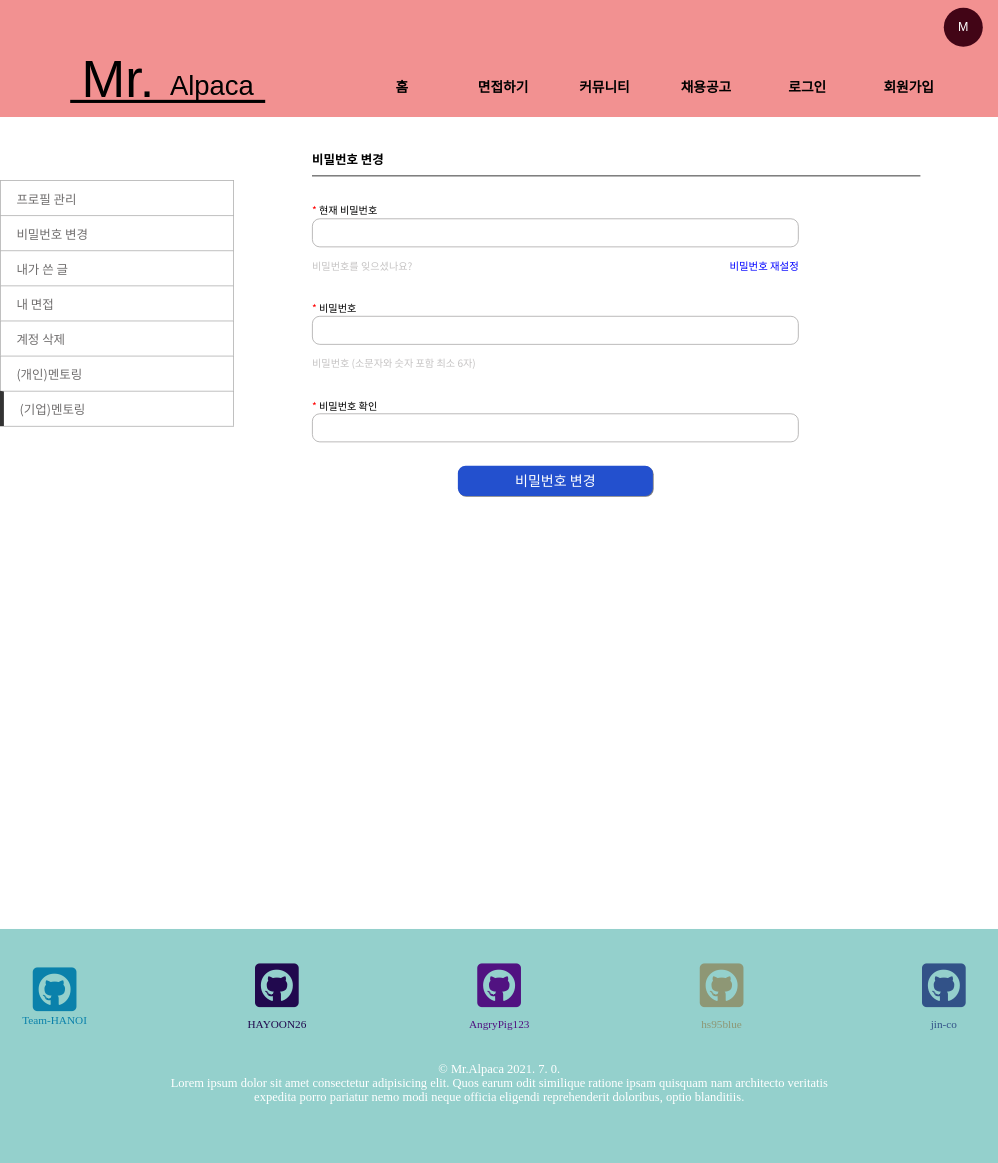
Repository: Team-HANOI/AI_Front_JSP
Page: http://localhost/Team_Project/WEB-INF/views/mypage/delete.jsp
These files come from the project's save history. The page is drawn as it stood at one moment and after the next save; the edit follows.
The browser window is 1280 px wide. The pictures show the whole page, at 78% of full size.
Some web fonts or font styles are not loaded; a fallback is used. The page is served by Tomcat 9. Nobody is signed in. Other server files are loaded and not shown. The template is opened directly, without the code that normally fills it, so the values that code supplies are empty.

Above is the page before, as saved 2021-08-31 00:47:34.
Console error: TypeError: Cannot read properties of undefined (reading 'forEach')

### team_project/Team_Project/src/main/webapp/WEB-INF/views/mypage/delete.jsp
<%@ page language="java" contentType="text/html; charset=UTF-8"
    pageEncoding="UTF-8"%>
<!DOCTYPE html>
<html lang="en">
<head>
    <!-- 공통 스타일 -->
    <jsp:include page="../common/top.jsp"/>
	<!-- 페이지 스타일 -->
	<link rel="stylesheet" href="/style/board_review.css">
</head>
<body>
    <!-- 머리말: 앱 타이틀, 네비메뉴, 마이페이지 -->
    <jsp:include page="../common/header.jsp"/>

    <!-- 구분선 -->
    <div class="line"></div>

    <!-- 본문 시작 -> 여기서 작업하세요 -->
    <main>
    	<!-- 팝업 -->
        <!-- 팝업배경 더미 -->
        <div class="popup-dummy"></div>

        <!-- 키워드 카드 팝업 -->
        <jsp:include page="../common/popups/popup_keyword.jsp"/>

        <!-- 기업회원가입 팝업 -->
        <jsp:include page="../common/popups/popup_join_com.jsp"/>

        <!-- 일반회원가입 팝업 -->
        <jsp:include page="../common/popups/popup_join_indv.jsp"/>

        <!-- 일번회원가입 추가입력 폼 팝업 -->
        <jsp:include page="../common/popups/popup_join_indv_extra.jsp"/>

        <!-- 기업회원 로그인 -->
        <jsp:include page="../common/popups/popup_login_com.jsp"/>

        <!-- 일반회원 로그인 -->
        <jsp:include page="../common/popups/popup_login_indv.jsp"/>

		<!-- 타이틀 더미 -->
        <div class="dummy"></div>

        <!-- 마이 페이지 -->
        <div class="mypage">
            <!-- 유저정보 좌측 메뉴 정보 -->
            <div class="mypage-left">

                <!-- 좌측 메뉴 링크 -->
                <jsp:include page="mypage_common/mypage_nav.jsp"></jsp:include>
            </div>

            <!-- 유저정보 우측 정보 박스 -->
            <div class="mypage-right">
                <!-- 유저정보 제목 -->
                <div class="mypage-content-title">비밀번호 변경</div>
                <div class="line"></div>
                <!-- 사용자 정보 -->
                <form action="" method="POST" class="mypage-content">


                    <div class="pwResetHolder">


                        <div class="pwEmailInput">
                            <label for=""><span style="color:red;">*</span> 현재 비밀번호</label>
                            <input class="pwreset-input holder" type="password" placeholder="">
                        </div>
                        <div class="pwResetCheck">
                            <span class="pwResetText">비밀번호를 잊으셨나요?</span><a href="login_pw_reset.html"><span class="pwReset"><small> 비밀번호 재설정</small></span></a>
                        </div>

                        <div class="pwEmailInput">
                            <label for=""><span style="color:red;">*</span> 비밀번호</label>
                            <input class="pwreset-input holder" type="password" placeholder="">
                        </div>
                        <div class="pwResetCheck">
                            <span class="pwResetText">비밀번호 (소문자와 숫자 포함 최소 6자)</span>
                        </div>

                        <div class="pwEmailInput">
                            <label for=""><span style="color:red;">*</span> 비밀번호 확인</label>
                            <input class="pwreset-input holder" type="password" placeholder="">
                        </div>

                        <div class="pwReset-confirm">
                            <input class="pwReset-btn btn" type="submit" value="비밀번호 변경">
                        </div>
                    </div>
                </form>
            </div>
        </div>
    </main>

    <!-- 꼬리 -->
    <jsp:include page="../common/footer.jsp"/>
</body>
</html>

### team_project/Team_Project/src/main/webapp/WEB-INF/views/common/top.jsp
<%@ page language="java" contentType="text/html; charset=UTF-8"
    pageEncoding="UTF-8"%>
<meta charset="UTF-8">
<meta http-equiv="X-UA-Compatible" content="IE=edge">
<meta name="viewport" content="width=device-width, initial-scale=1.0">
<title>Mr. Alpaca</title>
<link rel="shortcut icon" href="/image/favicon/favicon1.ico">

<!-- font awesome CDN -->
<link rel="stylesheet"
	href="https://use.fontawesome.com/releases/v5.15.4/css/all.css"
	integrity="sha384-DyZ88mC6Up2uqS4h/KRgHuoeGwBcD4Ng9SiP4dIRy0EXTlnuz47vAwmeGwVChigm"
	crossorigin="anonymous">

<!-- custom styles -->
<link rel="stylesheet" href="/style/main.css">
<link rel="stylesheet" href="/style/pop_ups.css">
<link rel="stylesheet" href="/style/interview_keyword.css">
<link rel="stylesheet" href="/style/mypage.css">
<link rel="stylesheet" href="/style/board_detail.css">
<link rel="stylesheet" href="/style/login.css">
<link rel="stylesheet" href="/style/join.css">

<!-- jquery-->
<script src="https://code.jquery.com/jquery-3.6.0.js"
	integrity="sha256-H+K7U5CnXl1h5ywQfKtSj8PCmoN9aaq30gDh27Xc0jk="
	crossorigin="anonymous"></script>

<!-- java script -->
<script defer src="/js/index.js"></script>
<script defer src="/js/pop_ups.js"></script>

### team_project/Team_Project/src/main/webapp/WEB-INF/views/common/header.jsp
<%@ page language="java" contentType="text/html; charset=UTF-8"
    pageEncoding="UTF-8"%>
<header>
	<nav class="nav">
		<!-- my page 링크 -->
		<a href="/mypage/" class="my-page-link">M</a>

		<!-- 사이트 명 -->
		<ul class="nav-sub nav-title">
			<a href="/">
				<li class="nav-sub-li">
					<span class="nav-title-mr">Mr.</span> <span
					class="nav-title-alpaca"> Alpaca </span>
					<div class="line"></div>
				</li>
			</a>
		</ul>

		<!-- 네비게이션 메뉴 -->
		<ul class="nav-sub nav-menu">
			<a href="/">
				<li>홈</li>
			</a>

			<a href="/interview/">
				<li class="nav-sub-box">면접하기
					<ul class="nav-sub-sub">
						<!-- test class needs to be deleted -->
						<a href="/interview/run"><li>일반면접모드</li></a>
						<a href="/interview/recruit"><li>채용공고모드</li></a>
						<a><li class="keyword-popup btn">맞춤모드</li></a>
						<a href="/interview/mentor"><li class="sub-last-item">멘토모드</li></a>
					</ul>
				</li>
			</a>

			<a href="/board/">
				<li class="nav-sub-box">커뮤니티
					<ul class="nav-sub-sub">
						<a href="/board/"><li>전체질문</li></a>
						<a href="/board/review"><li>면접후기게시판</li></a>
						<a href="/board/free"><li>자유게시판</li></a>
						<a href="/board/recommend"><li>면접질문</li></a>
						<a href="/board/best_answers"><li class="sub-last-item">모범답안</li></a>
					</ul>
				</li>
			</a>

			<a href="/recruit/">
				<li class="nav-sub-box">채용공고</li>
			</a>

			<li class="nav-sub-box">로그인
				<a>
					<ul class="nav-sub-sub">
						<a><li class="login-individual btn">일반회원</li></a>
						<a><li class="sub-last-item login-com btn">기업회원</li> </a>
					</ul>
				</a>
			</li>

			<li class="nav-sub-box">회원가입
				<a>
					<ul class="nav-sub-sub">
						<a><li class="join-individual btn">일반회원</li> </a>
						<a><li class="sub-last-item join-com btn">기업회원</li></a>
					</ul>
				</a>
			</li>
		</ul>
	</nav>
</header>

### team_project/Team_Project/src/main/webapp/WEB-INF/views/common/popups/popup_keyword.jsp
<%@ page language="java" contentType="text/html; charset=UTF-8"
    pageEncoding="UTF-8"%>
<!-- 키워드 카드 팝업 -->
<div class="popup-card keyword-box">
    <h2 class="popup-text">키워드를 선택하세요</h2>

    <!-- 구분선 -->
    <div class="line"></div>

    <div class="keywords">
        <div class="keyword">
            <input id="kw1" type="checkbox">
            <label for="kw1">백엔드</label>
        </div>
        <div class="keyword">
            <input id="kw2" type="checkbox">
            <label for="kw2">백엔aaa드</label>
        </div>
        <div class="keyword">
            <input id="kw3" type="checkbox">
            <label for="kw3">백드</label>
        </div>
        <div class="keyword">
            <input id="kw4" type="checkbox">
            <label for="kw4">백드</label>
        </div>
        <div class="keyword">
            <input id="kw5" type="checkbox">
            <label for="kw5">백드</label>
        </div>
        <div class="keyword">
            <input id="kw6" type="checkbox">
            <label for="kw6">백드</label>
        </div>
    </div>

    <!-- 구분선 -->
    <div class="line"></div>

    <a href="interview_normal.html">
        <button class="btn popup-btn">확인</button>
    </a>
</div>

### team_project/Team_Project/src/main/webapp/WEB-INF/views/common/popups/popup_join_com.jsp
<%@ page language="java" contentType="text/html; charset=UTF-8"
    pageEncoding="UTF-8"%>
<!-- 기업회원가입 팝업 -->
<div class="popup-card join-business-form">
    <form action="" method="POST" class="login join-business">
        <h1 class="join-title">기업 회원가입</h1>
        <span class>로고 이미지</span>
        <div class="join-sub">
            <!--로고 이미지-->
            <div class="profile-outer">
                <div class="profile-inner">
                    <img class="profile-img" width="60px" height="60px" src="https://media-exp1.licdn.com/dms/image/C560BAQFhLg-t7O-vWw/company-logo_200_200/0/1519867699220?e=2159024400&v=beta&t=FH0Kso7uqTQv8C3aGfKAF9xDF6OgsmYmk1mg8ZHTNNI">
                    <span class="profile-img-name">corp-ci.png</span>
                    <button class="btn profile-upload-btn">upload</button>
                </div>
            </div>
        </div>

        <div class="join-holder">
            <!-- 구분선 -->
            <div class="line"></div>
            <div style="clear:both"></div>

            <label for="">회사명</label>
            <input class="join-input holder" type="text" placeholder="회사명">
            <label for="">회사 이메일</label>
            <input class="join-input holder" type="email" placeholder="회사 이메일">
            <label for="">비밀번호</label>
            <input class="join-input holder" type="password" placeholder="비밀번호">
            <label for="">비밀번호 확인</label>
            <input class="join-input holder" type="password" placeholder="비밀번호 확인">
            <label for="">담당자 성명</label>
            <input class="join-input holder" type="text" placeholder="담당자 성명">
            <label for="">담당자 전화번호</label>
            <input class="join-input holder" type="text" placeholder="담당자 전화번호">

            <div class="join-check">
                <input type="checkbox" id="term_1_com_join">
                <label for="term_1_com_join">
                    <small>이용약관 및 개인접 처리방침에 동의합니다.</small>
                </label>
            </div>
            <div class="join-check">
                <input type="checkbox" id="term_2_com_join">
                <label for="term_2_com_join">
                    <small>마케팅 활용 동의 및 광고 수신에 동의합니다.</small>
                </label>
            </div>
            <div class="join-confirm">
                <input class="btn join-btn" type="submit" value="기업회원 가입하기">
            </div>
        </div>

        <div class="join-text">
            <a href=""><small>이용약관</small></a> |
            <a href=""><small>개인정보 처리방침</small></a> |
            <a href=""><small>FAQ / 문의</small></a>
        </div>
    </form>
</div>

### team_project/Team_Project/src/main/webapp/WEB-INF/views/common/popups/popup_login_com.jsp
<%@ page language="java" contentType="text/html; charset=UTF-8"
    pageEncoding="UTF-8"%>
<!-- 기업회원 로그인 -->
<div class="popup-card login-com-form">
    <form action="" method="GET" class="login-business join">
        <h1 class="join-title">기업회원 로그인</h1>

        <div class="join-holder">
            <!-- 구분선 -->
            <div class="line"></div>
            <div style="clear:both"></div>

            <label for="">이메일</label>
            <input class="join-input holder" type="text" placeholder="이메일">
            <label for="">비밀번호
                <span class="pwReset">
                    <small class="btn pw-search">비밀번호 재설정</small>
                </span>
            </label>
            <input class="join-input holder" type="text" placeholder="비밀번호">

            <div class="mkAccCheck">
                <span class="mkAccText">아직 계정이 없으신가요?</span><span class="mkAccBtn"><a href="join_business.html">계정만들기 ></a></span>
            </div>

            <div class="join-confirm">
                <input class="join-btn btn" type="submit" value="이메일 로그인">
                <div class="cookieCfm">
                    <input type="checkbox" id="term_2_login_com">
                    <label for="term_2_login_com">
                        <small>로그인 상태 유지</small>
                    </label>
                </div>
            </div>
        </div>

        <div class="join-text">
            <a href=""><small>이용약관</small></a> |
            <a href=""><small>개인정보 처리방침</small></a> |
            <a href=""><small>FAQ / 문의</small></a>
        </div>
        <div class="join-text">
            <a href="#" onclick="javascript:showPwAlert()" style="color:red;">비밀번호 경고</a>
        </div>
    </form>

     <!-- 비밀번호 오류 팝업 -->
     <div class="popPwAlert" id="popPwAlert">
        <div class="popPwAlertBg"></div>
        <div class="popPwAlertFg">
            <div class="join-confirm">
                <div class="pwAlertText">비밀번호를 n회 실패하셨습니다.<br>다시 입력해 주세요</div>
                <div class="pwAlertTextRed">10회 실패하실 경우 1시간 잠금 상태가 됩니다.</div>
            </div>
            <div class="join-confirm">
                <input class="join-btn" type="button" onclick="javascript:subPwAdmit()" value="확인">
            </div>
        </div>
    </div>
</div>

### team_project/Team_Project/src/main/webapp/WEB-INF/views/mypage/mypage_common/mypage_nav.jsp
<%@ page language="java" contentType="text/html; charset=UTF-8"
    pageEncoding="UTF-8"%>
<!-- 게시판 메뉴 -->
<div class="board-container mypage-left">
    <div class="mypage-left-bottom">
        <ul>
            <a href="/mypage/"><li >프로필 관리</li></a>
            <a href="/mypage/pwchange"><li>비밀번호 변경</li></a>
            <a href="/mypage/myarticle"><li>내가 쓴 글</li></a>
            <a href="/mypage/myinterview"><li>내 면접</li></a>
            <a href="/mypage/delete"><li>계정 삭제</li></a>
            <a href="/mypage/mentoring"><li>(개인)멘토링</li></a>
            <a href="/mypage/mentoring/com" ><li class="activated">(기업)멘토링</li></a>
        </ul>
    </div>
</div>

### team_project/Team_Project/src/main/webapp/WEB-INF/views/common/footer.jsp
<%@ page language="java" contentType="text/html; charset=UTF-8"
    pageEncoding="UTF-8"%>
<footer>
	<!-- 깃 허브 링크 -->
	<div class="developers">
		<a class="hayoon" href="https://github.com/orgs/Team-HANOI/dashboard">
			<i class="fab fa-github-square fa-4x"></i>
			<p class="developers-id">Team-HANOI</p>
		</a>

		<a class="hayoon" href="https://github.com/HAYOON26"> <i
			class="fab fa-github-square fa-4x developers-git"></i>
			<p class="developers-id">HAYOON26</p>
		</a>

		<a class="hayoon" href="https://github.com/AngryPig123"> <i
			class="fab fa-github-square fa-4x developers-git"></i>
			<p class="developers-id">AngryPig123</p>
		</a>

		<a class="hayoon" href="https://github.com/hs95blue"> <i
			class="fab fa-github-square fa-4x developers-git"></i>
			<p class="developers-id">hs95blue</p>
		</a>

		<a class="hayoon" href="https://github.com/jin-co"> <i
			class="fab fa-github-square fa-4x developers-git"></i>
			<p class="developers-id">jin-co</p>
		</a>
	</div>

	<!-- copyright, 소개글 -->
	<div class="footer-text">
		<p>
			&copy; Mr.Alpaca <span class="copyright-date"></span>
		</p>
		<p>
			Lorem ipsum dolor sit amet consectetur adipisicing elit. Quos
			earum odit similique ratione ipsam quisquam nam architecto veritatis
			expedita porro pariatur nemo modi neque officia eligendi
			reprehenderit doloribus, optio blanditiis.
		</p>
	</div>
</footer>

### team_project/Team_Project/src/main/resources/static/style/interview_keyword.css
.keyword label {
  display: inline-block;
  padding: 0 10px;
  margin: 10px;
  background:#94d0cc;
  color: #000;
  border-radius: 1rem;
  cursor: pointer;
}

.keyword input[type="checkbox"] {
  display: none;
}

.keyword input[type="checkbox"]:checked ~ label {
  background:pink;
}

.keyword-box {
  width: 100%;
  position: sticky;
  background-color:white;
  border-radius: 15px;
  z-index: 2;
  top: 60%;
  left: 50%;
  transform: translate(-50%, -50%);
  display: flex;
  flex-direction: column;
  align-items: center;
  justify-content: center;
}

.keywords {
  width: 100%;
  display: flex;
  align-items: flex-start;
  flex-wrap: wrap;
}

.keyword {
  min-width: 110px;
}

.keyword-btn {
  height: 40px;
  width: 100px;
  border-radius: 5px;
  margin-top: 20px;
  font-size: 1.1rem;
}

### team_project/Team_Project/src/main/resources/static/style/board_detail.css
/* 게시판 상세내역 */
.board-detail {
    width: 90%;
    display: flex;
    flex-direction: column;
    font-size: 1.1rem;
}

.detail-row {
    height: auto;
    display: flex;
    justify-content: space-between;
    margin: 10px 0;
    align-items: center;
}

.detail-row .btn {
    width: 100px;
    height: 30px;
    background-color: #FF96AD;
}

.detail-row .comment {
    width: 90%;
    height: 30px;
    border: none;
    border-bottom: 1px solid #000;
    font-size: 1.1rem;
}

.detail-row .comment:focus {
    outline: none;
}

.item {
    border: 1px solid #000;
    padding: 5px 20px;
}

.detail-img {
    height: 100px;
    width: 100px;
    border-radius: 50%;
}

.write-btn {
    width: 5%;
}

.mypage {
    margin-top: 0 !important;
}

a {
    color: #000;
}

.total-btn {
    height: 50px;
    width: 200px;
    font-size: 1.2rem;
    position: relative;
    top: 20px;
    font-size: 1.1rem !important;
}

### team_project/Team_Project/src/main/resources/static/style/board_review.css
/* 채용공고 스타일 */
.board-container {
    display: flex;
    height: 124vh;
    width: 100%;
    margin-bottom: 0 !important;
}

.board-menu {
    height: 100%;
    width: 250px;
    border-right: 1px solid #333;
    border-left: 1px solid #333;
    padding: 10px;
    position: relative;
}

.board-menu::before {
    content: "";
    height: 100%;
    width: 100%;
    position: absolute;
    top: 0;
    left: 0;
    background: url('https://pngimg.com/uploads/tree/tree_PNG92775.png') center no-repeat;
    z-index: -10;
    opacity: .2;
}

.board-menu ul {
    list-style: none;
}

.board-menu ul a {
    text-decoration: none;
}

.board-menu ul li {
    margin: 10px ;
}

tr th {
    width: 10%;
}

tr th:nth-child(3) {
    min-width: 600px;
}

tr td:nth-child(3) {
    text-align: left;
}

Loaded but not shown: team_project/Team_Project/src/main/resources/static/js/index.js (145 lines, source omitted); team_project/Team_Project/src/main/resources/static/js/pop_ups.js (98 lines, source omitted); team_project/Team_Project/src/main/resources/static/style/main.css (681 lines, source omitted); team_project/Team_Project/src/main/resources/static/style/mypage.css (443 lines, source omitted); team_project/Team_Project/src/main/resources/static/style/join.css (277 lines, source omitted); team_project/Team_Project/src/main/webapp/WEB-INF/views/common/popups/popup_join_indv.jsp (67 lines, source omitted); team_project/Team_Project/src/main/resources/static/style/login.css (240 lines, source omitted); team_project/Team_Project/src/main/webapp/WEB-INF/views/common/popups/popup_login_indv.jsp (68 lines, source omitted); team_project/Team_Project/src/main/webapp/WEB-INF/views/common/popups/popup_join_indv_extra.jsp (74 lines, source omitted); team_project/Team_Project/src/main/resources/static/style/pop_ups.css (147 lines, source omitted)

After the next save:
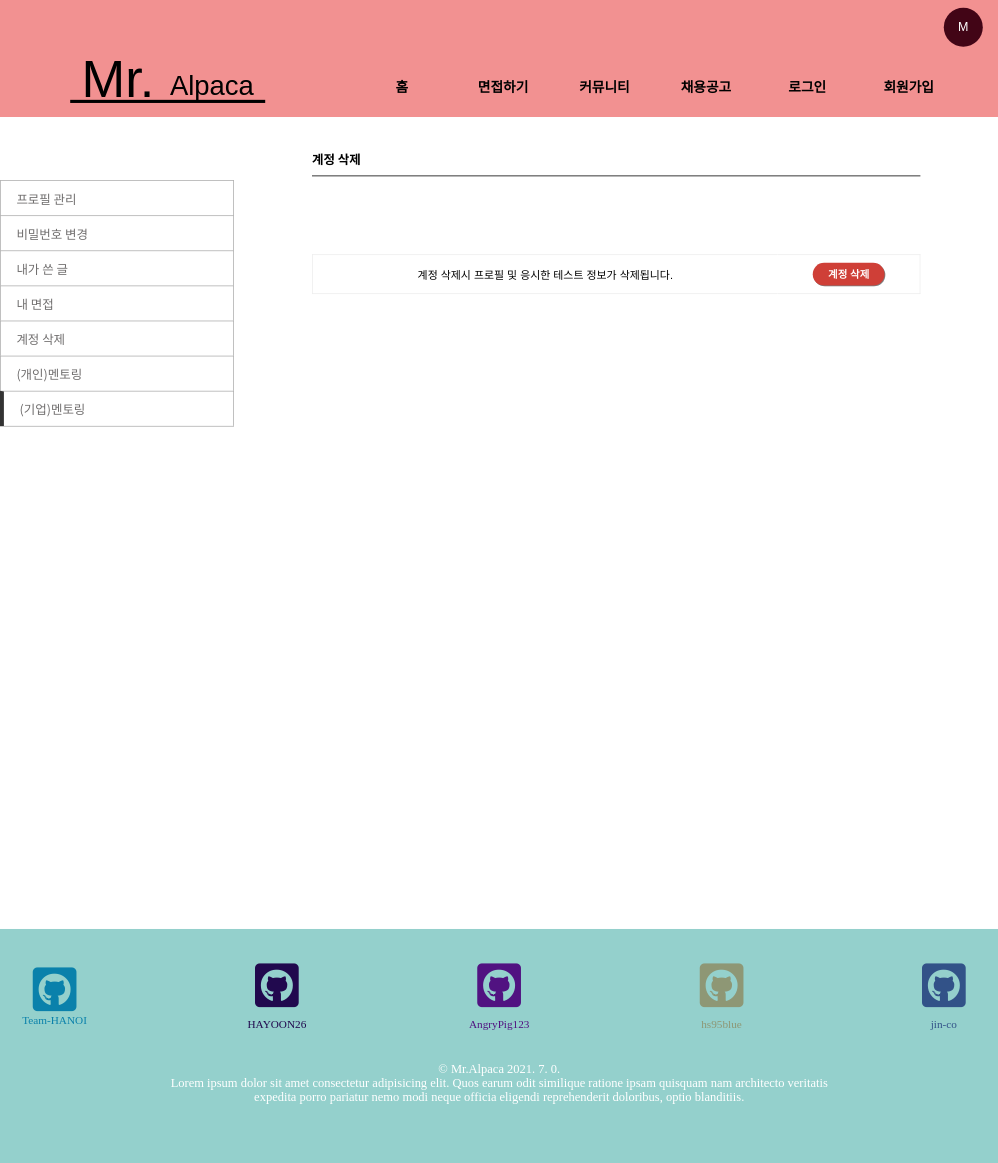
Saved 116 s later.
--- a/team_project/Team_Project/src/main/webapp/WEB-INF/views/mypage/delete.jsp
+++ b/team_project/Team_Project/src/main/webapp/WEB-INF/views/mypage/delete.jsp
@@ -54,39 +54,23 @@
             <!-- 유저정보 우측 정보 박스 -->
             <div class="mypage-right">
                 <!-- 유저정보 제목 -->
-                <div class="mypage-content-title">비밀번호 변경</div>
+                <div class="mypage-content-title">계정 삭제</div>
                 <div class="line"></div>
                 <!-- 사용자 정보 -->
                 <form action="" method="POST" class="mypage-content">
 
+                    <div class="dialyMT">
 
-                    <div class="pwResetHolder">
-
-
-                        <div class="pwEmailInput">
-                            <label for=""><span style="color:red;">*</span> 현재 비밀번호</label>
-                            <input class="pwreset-input holder" type="password" placeholder="">
-                        </div>
-                        <div class="pwResetCheck">
-                            <span class="pwResetText">비밀번호를 잊으셨나요?</span><a href="login_pw_reset.html"><span class="pwReset"><small> 비밀번호 재설정</small></span></a>
-                        </div>
-
-                        <div class="pwEmailInput">
-                            <label for=""><span style="color:red;">*</span> 비밀번호</label>
-                            <input class="pwreset-input holder" type="password" placeholder="">
-                        </div>
-                        <div class="pwResetCheck">
-                            <span class="pwResetText">비밀번호 (소문자와 숫자 포함 최소 6자)</span>
-                        </div>
-
-                        <div class="pwEmailInput">
-                            <label for=""><span style="color:red;">*</span> 비밀번호 확인</label>
-                            <input class="pwreset-input holder" type="password" placeholder="">
-                        </div>
-
-                        <div class="pwReset-confirm">
-                            <input class="pwReset-btn btn" type="submit" value="비밀번호 변경">
-                        </div>
+                        <table class="mypageTb" style="border: 1px #eee solid;border-radius: 10px;margin:100px 0;padding: 50px 0;">
+                            <tr>
+                                <td class="mypageTb-0lax">
+                                    <p >계정 삭제시 프로필 및 응시한 테스트 정보가 삭제됩니다.</p>
+                                </td>
+                                <td class="mypageTb-0lax">
+                                    <button type="button" class="dltBtn btn">계정 삭제</button>
+                                </td>
+                            </tr>
+                        </table>
                     </div>
                 </form>
             </div>
